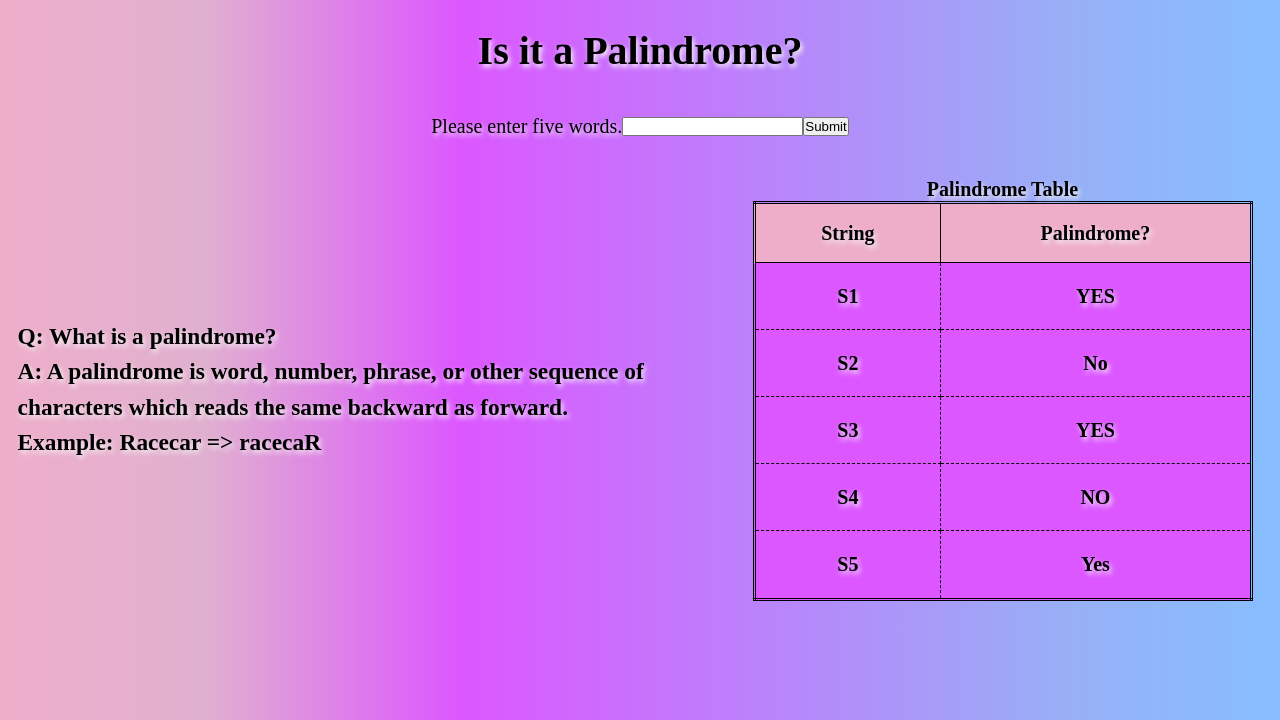
Repository: mlmEFSC21/P18-Palindrome-Table
Page: palindrome.html
The author's editor kept a copy of each file at every save. The page is drawn from the files as they stood at one save, then again after the next save.
The browser window is 1280 px wide. The pictures show the whole page.

Above is the page before, as saved 2022-04-03 18:32:07.

After the next save:
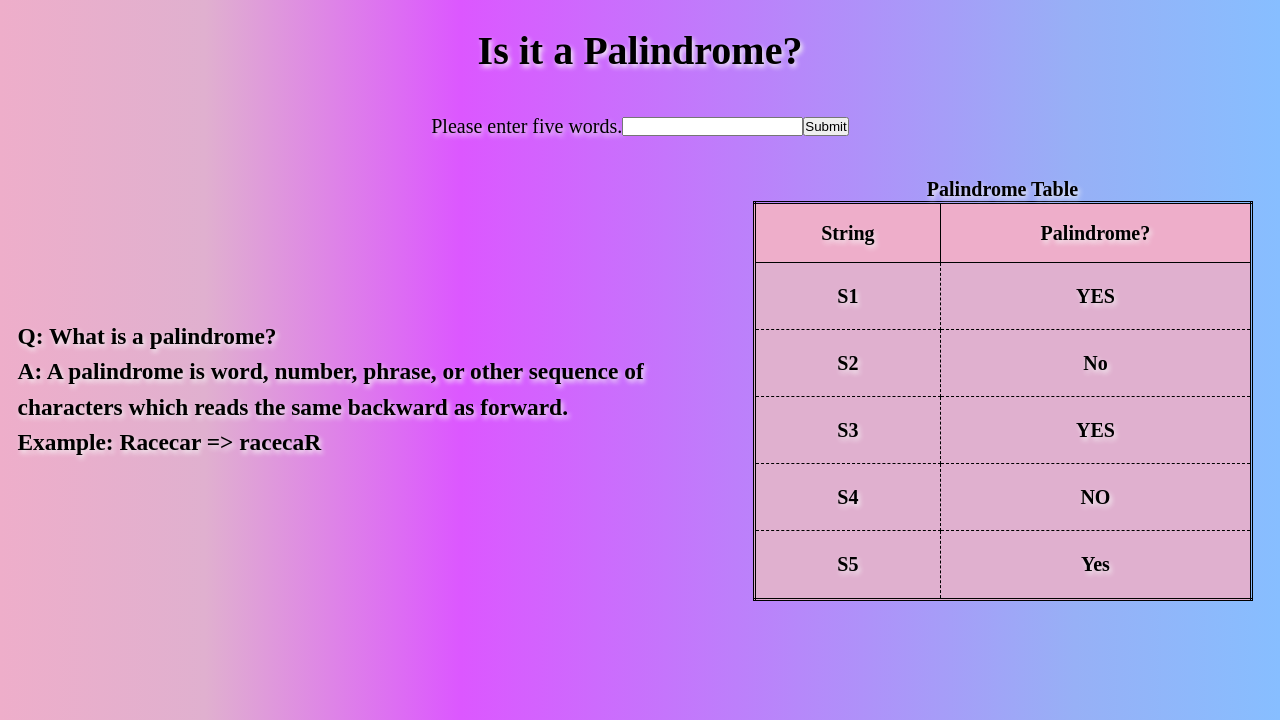
Saved 51 s later.
--- a/palindrome.css
+++ b/palindrome.css
@@ -74,5 +74,5 @@ td {
     padding: 10px;
 }
 td {
-    background-color: #dc57ff;
+    background-color: #e0b0cf;
 }
